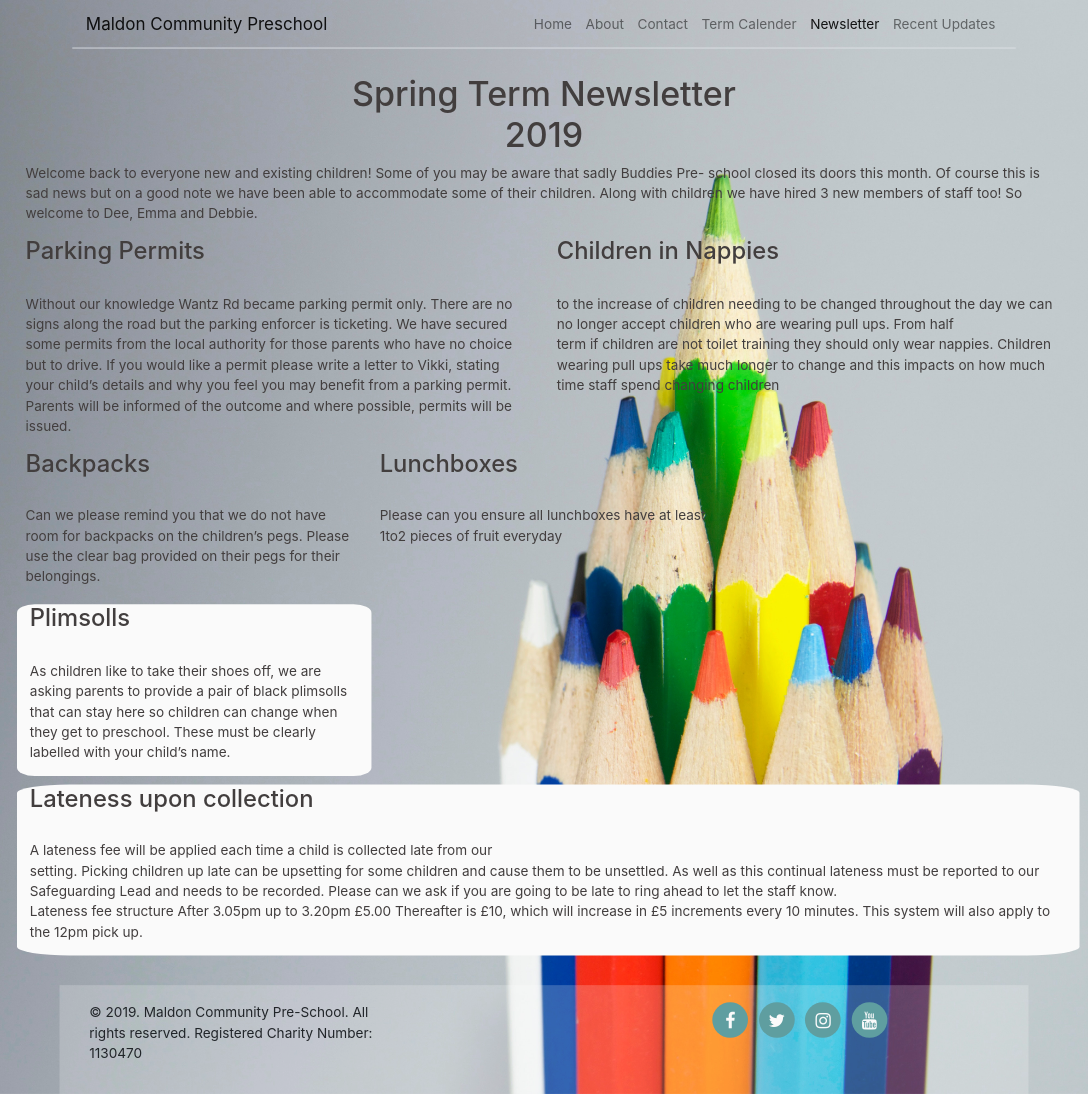
Repository: parkslee/milestone_1
Page: newsletter.html
The author's editor kept a record of every edit. The page is drawn from the files as they stood at one moment, then again after the next edit.
The browser window is 1280 px wide. The pictures show the whole page, at 85% of full size.
Some web libraries are served in a nearby version.

Above is the page before.

After the next edit:
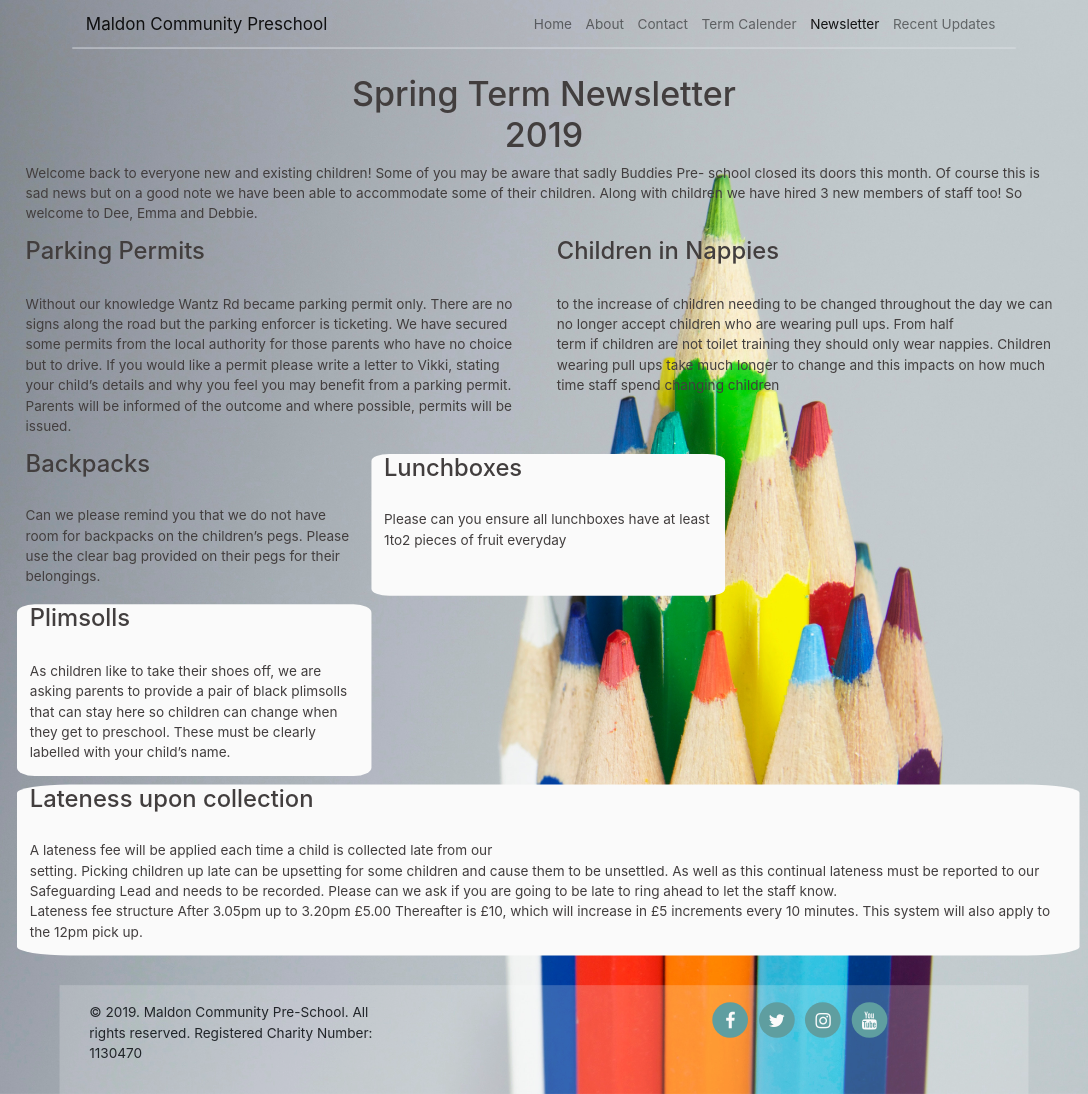
The edit:
--- a/newsletter.html
+++ b/newsletter.html
@@ -142,7 +142,7 @@
 
             </div>
 
-            <div class="col-sm-6 col-md-4">
+            <div class="col-sm-6 col-md-4 newsletter-blocks">
                 <h3> Lunchboxes</h3>
                 <br>
                 <p>Please can you ensure all
